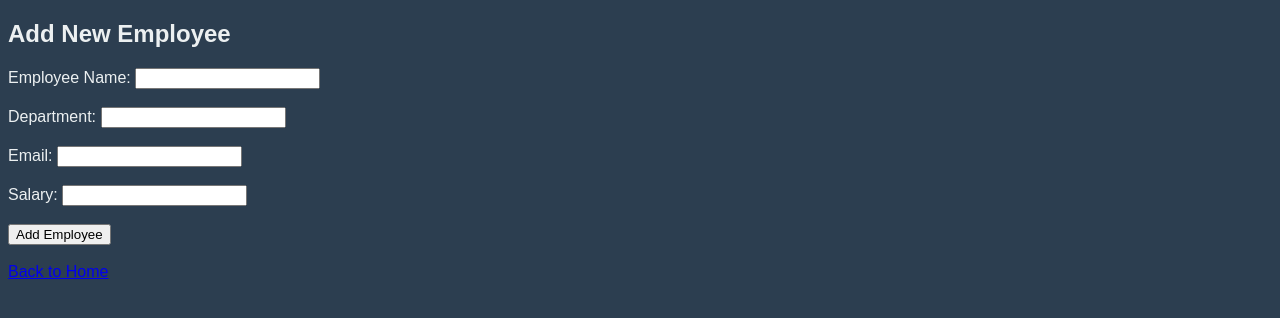
Repository: ashwinii19/Core-Java-Learning
Page: http://localhost/Employee_Management_System/create.jsp
These files come from the project's save history. The page is drawn as it stood at one moment and after the next save; the edit follows.
The browser window is 1280 px wide. The pictures show the whole page.
The page is served by Tomcat 9.

Above is the page before, as saved 2025-08-24 06:19:39.

### Employee Management System/src/main/webapp/create.jsp
<%@ page language="java" contentType="text/html; charset=ISO-8859-1"
    pageEncoding="ISO-8859-1"%>

    <%@page import="com.techlabs.EMS.db.Services, com.techlabs.EMS.model.Employee" %>
<!DOCTYPE html>
<html>
<head>
<meta charset="ISO-8859-1">
<title>Create Employee</title>
  <style>
  body {
    background-color: #2c3e50;
    color: #ecf0f1;
    font-family: Arial, sans-serif;
  }
</style>
</head>
<body>
	 <h2>Add New Employee</h2>

    <form method="post">
        <label for="name">Employee Name:</label>
        <input type="text" id="name" name="name" required>
        <br><br>

        <label for="department">Department:</label>
        <input type="text" id="department" name="department" required>
        <br><br>

        <label for="email">Email:</label>
        <input type="email" id="email" name="email" required>
        <br><br>

        <label for="salary">Salary:</label>
        <input type="number" id="salary" name="salary" required>
        <br><br>

        <button type="submit">Add Employee</button>
    </form>

    <br>
    <a href="index.jsp">Back to Home</a>


    <%
        String name = request.getParameter("name");
        String dept = request.getParameter("department");
        String email = request.getParameter("email");
        String salaryStr = request.getParameter("salary");

        double salary=0.0;

        if(salaryStr!=null && !salaryStr.trim().isEmpty()){
        	  salary = Double.parseDouble(salaryStr);
        }

       Services.insertEmployee(new Employee(name,dept,email,salary));
      %>
</body>
</html>

### Employee Management System/src/main/java/com/techlabs/EMS/model/Employee.java
package com.techlabs.EMS.model;

public class Employee {

	private int id;
	private String name;
	private String department;
	private String email;
	private double salary;


	public Employee(String name, String department, String email, double salary) {
		super();
		this.name = name;
		this.department = department;
		this.email = email;
		this.salary = salary;
	}


	public Employee(int id, String name, String department, String email, double salary) {
		super();
		this.id = id;
		this.name = name;
		this.department = department;
		this.email = email;
		this.salary = salary;
	}


	public int getId() {
		return id;
	}


	public void setId(int id) {
		this.id = id;
	}


	public String getName() {
		return name;
	}


	public void setName(String name) {
		this.name = name;
	}


	public String getDepartment() {
		return department;
	}


	public void setDepartment(String department) {
		this.department = department;
	}


	public String getEmail() {
		return email;
	}


	public void setEmail(String email) {
		this.email = email;
	}


	public double getSalary() {
		return salary;
	}


	public void setSalary(double salary) {
		this.salary = salary;
	}



}

### Employee Management System/src/main/java/com/techlabs/EMS/db/Services.java
package com.techlabs.EMS.db;

import java.sql.Connection;
import java.sql.PreparedStatement;
import java.sql.ResultSet;
import java.sql.Statement;
import java.util.ArrayList;
import java.util.List;

import com.techlabs.EMS.model.Employee;

public class Services {

    public static void insertEmployee(Employee employee) {
        try {
            Connection connection = DBConnection.getConnection();

            String insertQuery = "INSERT INTO employees (name, department, email, salary) VALUES (?, ?, ?, ?)";

            PreparedStatement psi = connection.prepareStatement(insertQuery);
            psi.setString(1, employee.getName());
            psi.setString(2, employee.getDepartment());
            psi.setString(3, employee.getEmail());
            psi.setDouble(4, employee.getSalary());

            psi.executeUpdate();
            System.out.println("Employee inserted successfully.");
        } catch (Exception e) {
            System.out.println("Error inserting employee: " + e.getMessage());
        }
    }

    public static void updateEmployee(Employee employee) {
        try {
            Connection connection = DBConnection.getConnection();

            String updateQuery = "UPDATE employees SET name=?, department=?, email=?, salary=? WHERE id=?";

            PreparedStatement psu = connection.prepareStatement(updateQuery);
            psu.setString(1, employee.getName());
            psu.setString(2, employee.getDepartment());
            psu.setString(3, employee.getEmail());
            psu.setDouble(4, employee.getSalary());
            psu.setInt(5, employee.getId());

            psu.executeUpdate();
            System.out.println("Employee updated successfully.");
        } catch (Exception e) {
            System.out.println("Error updating employee: " + e.getMessage());
        }
    }

    public static void deleteEmployee(Employee employee) {
        try {
            Connection connection = DBConnection.getConnection();

            String deleteQuery = "DELETE FROM employees WHERE id=?";

            PreparedStatement psd = connection.prepareStatement(deleteQuery);
            psd.setInt(1, employee.getId());

            psd.executeUpdate();
            System.out.println("Employee deleted successfully.");
        } catch (Exception e) {
            System.out.println("Error deleting employee: " + e.getMessage());
        }
    }



    public static List<Employee> getAllEmployees() {
        List<Employee> employees = new ArrayList<>();
        try {
            Connection connection = DBConnection.getConnection();
            String selectQuery = "SELECT * FROM employees";
            Statement stmt = connection.createStatement();
            ResultSet rs = stmt.executeQuery(selectQuery);

            while (rs.next()) {
                int id = rs.getInt("id");
                String name = rs.getString("name");
                String department = rs.getString("department");
                String email = rs.getString("email");
                double salary = rs.getDouble("salary");

                employees.add(new Employee(id, name, department, email, salary));
            }
        } catch (Exception e) {
            System.out.println("Error fetching employees: " + e.getMessage());
        }
        return employees;
    }

}

### Employee Management System/src/main/java/com/techlabs/EMS/db/DBConnection.java
package com.techlabs.EMS.db;

import java.sql.Connection;
import java.sql.DriverManager;

public class DBConnection {

	private static final String URL = "jdbc:mysql://localhost:3306/company_db";
	private static final String USER = "root";
	private static final String PASS = "admin#123";

	public static Connection getConnection() {

		Connection connection = null;
		try {
			Class.forName("com.mysql.cj.jdbc.Driver");
			connection = DriverManager.getConnection(URL, USER, PASS);
		}
		catch(Exception e) {
			e.printStackTrace();
		}

		return connection;


	}


}

After the next save:
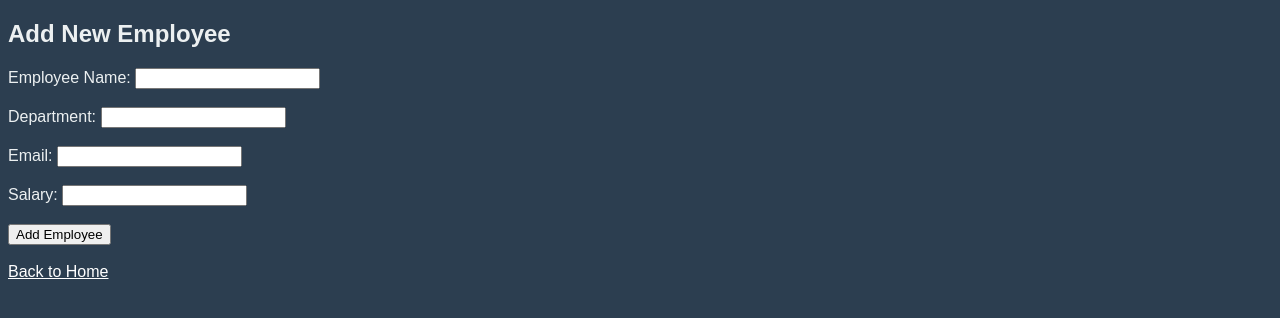
Saved 56 s later.
--- a/Employee Management System/src/main/webapp/create.jsp
+++ b/Employee Management System/src/main/webapp/create.jsp
@@ -39,7 +39,8 @@
     </form>
 
     <br>
-    <a href="index.jsp">Back to Home</a>
+  <a href="index.jsp" style="color: white;">Back to Home</a>
+
 
 
     <%
